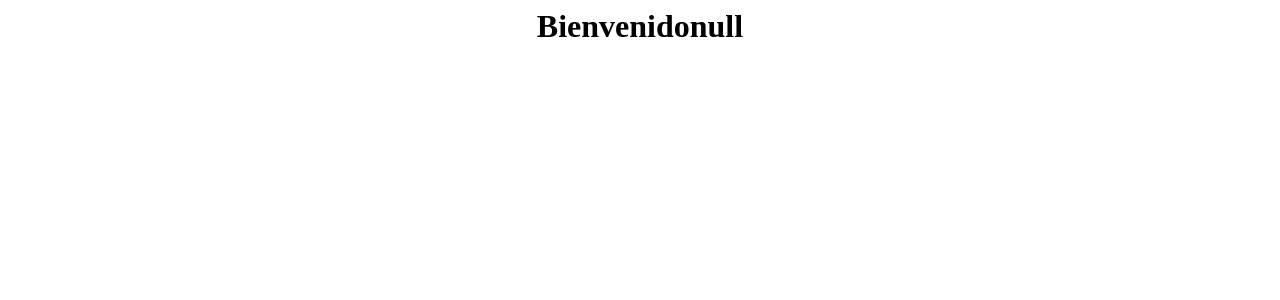
Repository: felipeverdugo/Java-y-Aplicaciones-Avanzadas-sobre-Internet
Page: http://localhost/Practica1Web40/Bienvenida
These files come from the project's save history. The page is drawn as it stood at one moment and after the next save; the edit follows.
The browser window is 1280 px wide. The pictures show the whole page.
The page is served by Tomcat 10.

Above is the page before, as saved 2024-03-19 22:37:15.

### work/Practica1Web40/src/main/java/misServlets/Bienvenida.java
package misServlets;

import java.io.IOException;
import java.io.PrintWriter;

/**
 * Servlet implementation class Bienvenida
 */


import jakarta.servlet.ServletException;
import jakarta.servlet.annotation.WebServlet;
import jakarta.servlet.http.HttpServlet;
import jakarta.servlet.http.HttpServletRequest;
import jakarta.servlet.http.HttpServletResponse;


@WebServlet("/Bienvenida")
public class Bienvenida extends HttpServlet {
	private static final long serialVersionUID = 1L;

    /**
     * Default constructor.
     */
    public Bienvenida() {
        // TODO Auto-generated constructor stub
    }

	/**
	 * @see HttpServlet#doGet(HttpServletRequest request, HttpServletResponse response)
	 */
	protected void doGet(HttpServletRequest request, HttpServletResponse response) throws ServletException, IOException {
		// TODO Auto-generated method stub

		String nombre = request.getParameter("nombre");

		response.setContentType("text/html");


		PrintWriter out=response.getWriter();
		out.println("<HTML>");
		out.println("<HEAD>");
		out.println("<TITLE> Hola Mundo </TITLE>");
		out.println("</HEAD>");
		out.println("<BODY>");
		out.println("<CENTER> <H1> Bienvenido" + nombre +" </H1> </CENTER>");
		out.println("</BODY>");
		out.println("</HTML>");

		out.close();

	}

	/**
	 * @see HttpServlet#doPost(HttpServletRequest request, HttpServletResponse response)
	 */
	protected void doPost(HttpServletRequest request, HttpServletResponse response) throws ServletException, IOException {
		// TODO Auto-generated method stub
		doGet(request, response);
	}

}

After the next save:
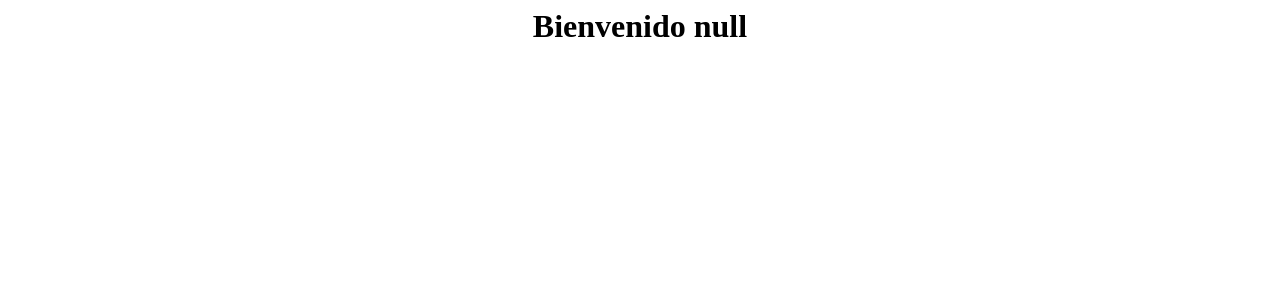
Saved 55 s later.
--- a/work/Practica1Web40/src/main/java/misServlets/Bienvenida.java
+++ b/work/Practica1Web40/src/main/java/misServlets/Bienvenida.java
@@ -43,7 +43,7 @@ public class Bienvenida extends HttpServlet {
 		out.println("<TITLE> Hola Mundo </TITLE>");
 		out.println("</HEAD>");
 		out.println("<BODY>");
-		out.println("<CENTER> <H1> Bienvenido" + nombre +" </H1> </CENTER>");
+		out.println("<CENTER> <H1> Bienvenido " + nombre +" </H1> </CENTER>");
 		out.println("</BODY>");
 		out.println("</HTML>");
 
